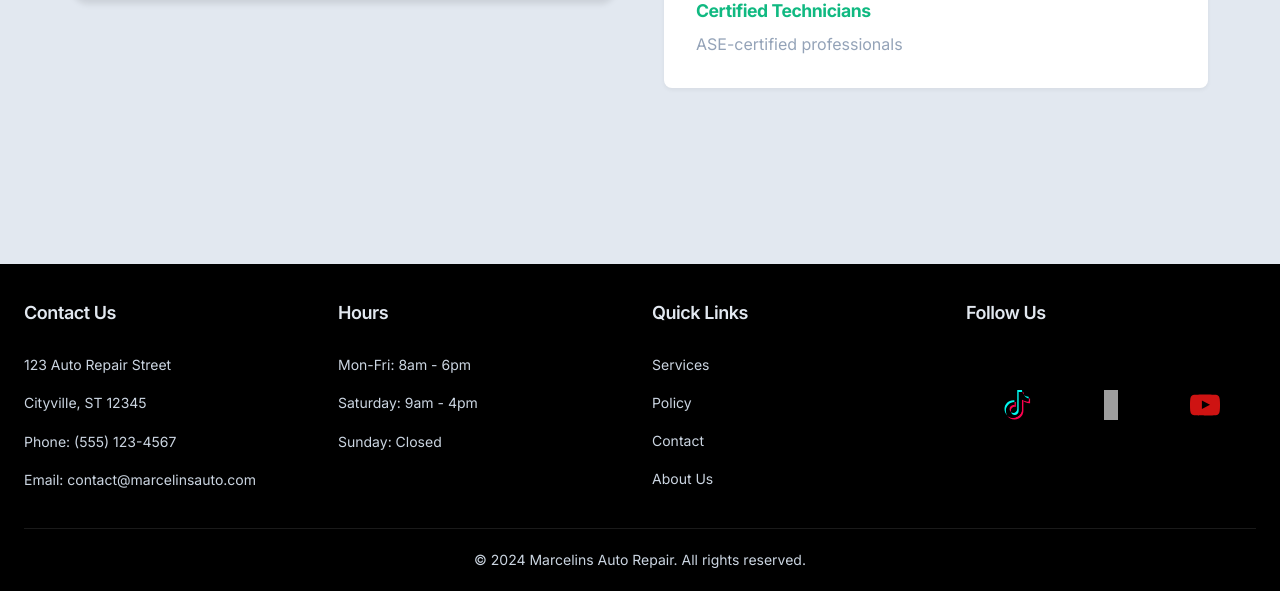
Repository: ilovegames507/twebsite-2
Page: frontend/public/about.html
An editor plug-in stored every save of this project. The page is shown before and after a run of saves, followed by the edit.
The browser window is 1280 px wide. The pictures show the part of the page from y = 538 to 1129 px (the page is 1129 px tall before and 1047 px after).
Pictures or frames that could not be fetched are drawn as grey boxes.

Above is the page before, as saved 2025-03-18 21:25:22.

After the next 2 saves:
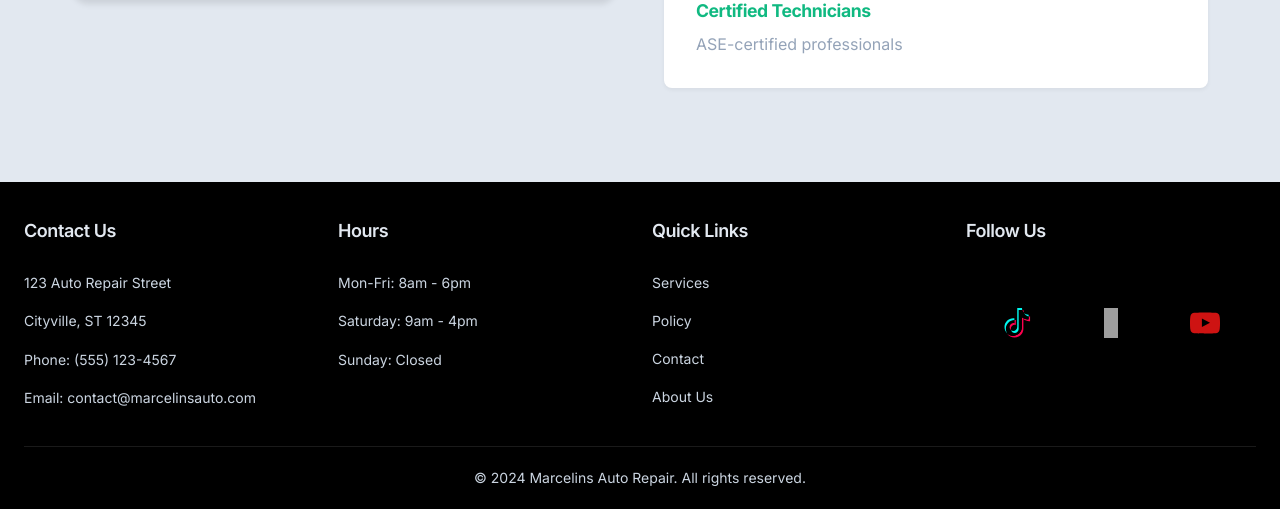
The 2 saves are shown as one change because they came seconds apart.
The last was saved 19 s later.
--- a/frontend/public/styles/components/about.css
+++ b/frontend/public/styles/components/about.css
@@ -1,7 +1,7 @@
 .about-section {
     padding: 2rem 0;
     background-color: var(--clr-light);
-    min-height: 100vh;
+    min-height: calc(100vh - 82px);
   }
 
   .about-container {
